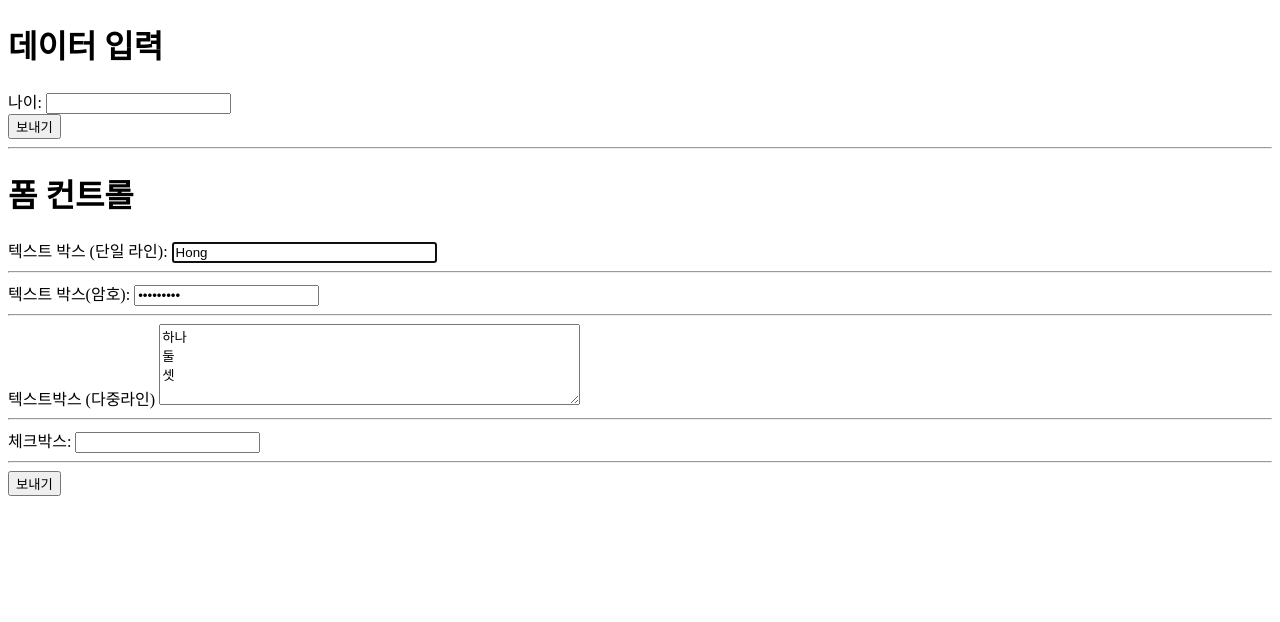
Repository: seula123/Front-End
Page: ClientTest/src/main/webapp/html/ex18_form.html
An editor plug-in stored every save of this project. The page is shown before and after the next save, followed by the edit.
The browser window is 1280 px wide. The pictures show the whole page.

Above is the page before, as saved 2023-09-21 06:44:10.

### ClientTest/src/main/webapp/html/ex18_form.html
<!DOCTYPE html>
<html>
<head>
<meta charset="UTF-8">
<title>Insert title here</title>
</head>
<body>


	<!-- ex18_form.html -->

	<!--

		폼,form
		- 입력 양식, 입력 컨트롤
		- 클라이언트(사용자)로부터 입력장치(키보드, 마우스, 터치 등)을 통해서 데이터를 입력받는 역할
		- 입력 데이터> 서버로 전송 > 업무 활용 or 데이터 베이스 저장 등..
		ex) 텍스트 박스, 버튼, 체크 박스, 라디오 버튼 등..
		- <form> + <form>의 자식 태그들..



		<form>
		- 모든 입력 컨트롤을 감싸는 컨테이너
		- 스스로는 랜더링 결과가 없다. (출력되지않는다)
		- 입력한 값을 서버로 전송하는 역할(********)


		form.method
		- 데이터를 전송하는 방식
		- 택배(일반 우편| 등기 우편)
		1. POST
			- ex18_Server.jsp
			- 데이터를 상자안에 담아서 전송
			- 데이터가 노출x > 보안 o
			- 전송하는 데이터의 최대 길이 제한 > 무제한

		2. GET
			- -ex198_server.jsp?age=20
			- 데이터를 송장에 붙여서 전송
			- 전송되는 데이터가 노출(주소창)> 보안 x
			- 전송하는 데이터의 최대 길이 제한 > 256자 > 8000자 바이트
			- 긴 데이터는 전송 x

		form.action
		- 데이터를 수신하는 서버측 URL
		- 받는 사람 주소
		- 서버측 동작하고 있는 프로그램 주소 > JSP, Servlet, Spring 주소

	 -->

	 <h1> 데이터 입력</h1>

	 <form method="GET" action="ex18_server.jsp">


	 	나이: <input type = "text" name = "age">
	 	<br>
	 	<input type = "submit" value = "보내기">
	 </form>



	 <hr>

	 <h1> 폼 컨트롤 </h1>




	 <form method="get" action="ex18_server.jsp">

	 	<!--
	 		<input>
	 		- 인라인 태그
	 		- 단독 태그
	 		- input.type: 입력 컨트롤 종류 지정
	 		- input.name : 식별자
	 		- input.id : 식별자. CSS,JavaScript에서 사용
	 		- input.class : 식별자. CSS,JavaScript에서 사용
	 		- input.size: 길이(문자 개수)
	 		- input.maxlength: 최대 입력 길이(글자수)
	 		- input.readonly: 읽기 전용(전원 on)
	 		- input.disabled: 비활성화	(전원 off)
	 		- input.accesskey: 바로가기(Alt+조합ㄱ키)
            - input.autofocus: 자동 포커스
            - input.autocomplete : 자동 완성 끄기


	 	 -->

	 	텍스트 박스 (단일 라인):
	 	<input type = "text" name="txt1" id="txt1" class="txt" size = "30" value="Hong
	 	" accesskey="s" autofocus autocomplete="off">

	 	<hr>

	 	<!--

	 		암호 상자, Password Box, Masked Text Box
	 		- 모든 속성이 텍스트 박스와 동일

	 	 -->
	 	 텍스트 박스(암호):
	 	 <input type = "password" value ="12345
	 	 ">

	 	<!-- 텍스트 박스 (다중라인
	 		<textarea>
	 		- 쌍태그
	 		- 대부분의 속성은 텍스트 박스
	 		- maxlength 속성이 없다. > 많은 양의 텍스트를 입력받는 컨트롤
	 		- value 속성이 없다.
	 		- size > cols, rows
	 	-->
	 	 <hr>

	 	 텍스트박스 (다중라인)
		 <textarea cols = "50" rows="5">
하나
둘
셋
		 </textarea>

		 <hr>

		 <!-- 체크박스 -->

		 체크박스:
		 <input type = "checkbkx">


	 	<hr>
	 	<input type = "submit" value ="보내기">




	 </form>

</body>

</html>

After the next save:
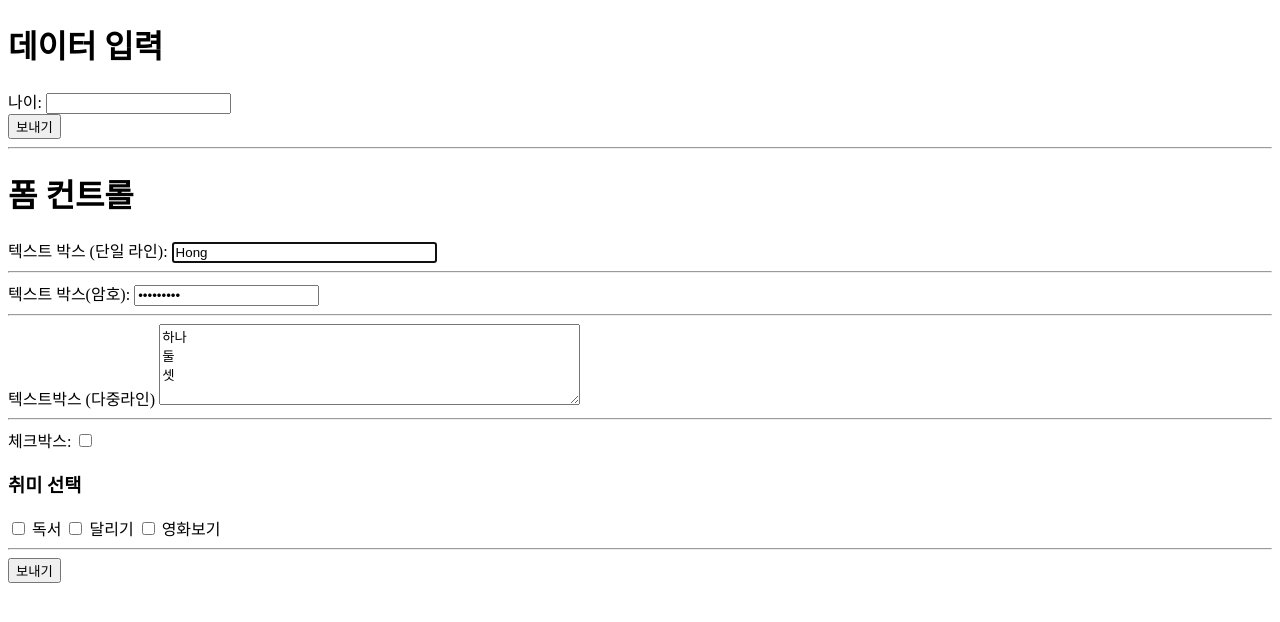
Saved 92 s later.
--- a/ClientTest/src/main/webapp/html/ex18_form.html
+++ b/ClientTest/src/main/webapp/html/ex18_form.html
@@ -124,12 +124,19 @@
 
 		 <hr>
 
-		 <!-- 체크박스 -->
+
+		 <!-- 체크박스
+		 	   - 논리값 입력
+
+		 -->
 
 		 체크박스:
-		 <input type = "checkbkx">
+		 <input type = "checkbox">
 
-
+	 	<h3>취미 선택</h3>
+	 	<input type = "checkbox"> 독서
+	 	<input type = "checkbox"> 달리기
+	 	<input type = "checkbox"> 영화보기
 	 	<hr>
 	 	<input type = "submit" value ="보내기">
 
